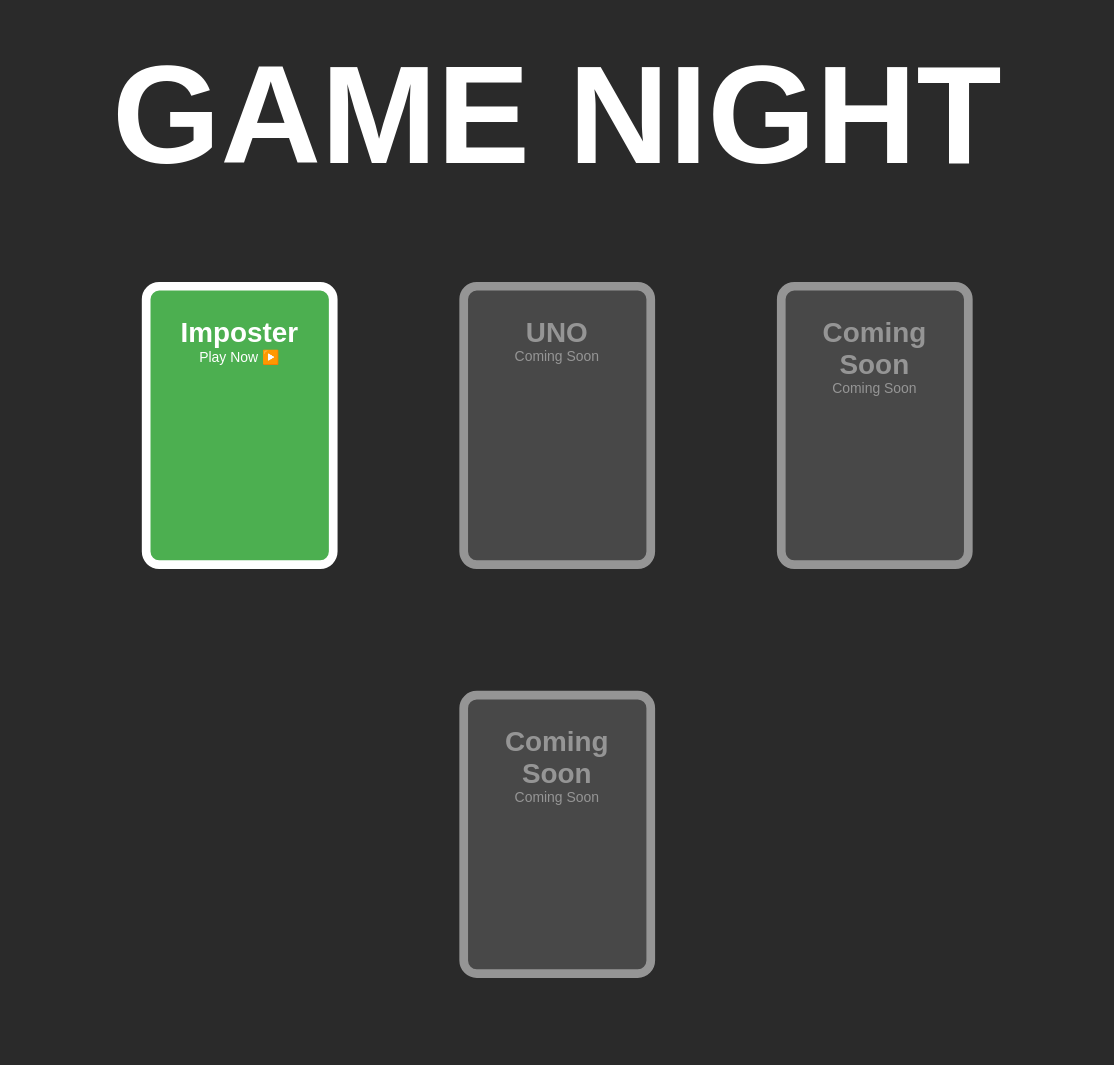
Repository: nfemmanuel/game-night-app
Page: /
These files come from the project's save history. The page is drawn as it stood at one moment and after the next save; the edit follows.
The browser window is 1280 px wide. The pictures show the whole page, at 87% of full size.
The project was rebuilt for these pictures with package versions that can differ from the ones it lists, and the page was loaded fresh each time.

Above is the page before, as saved 2025-12-31 16:34:32.

After the next save:
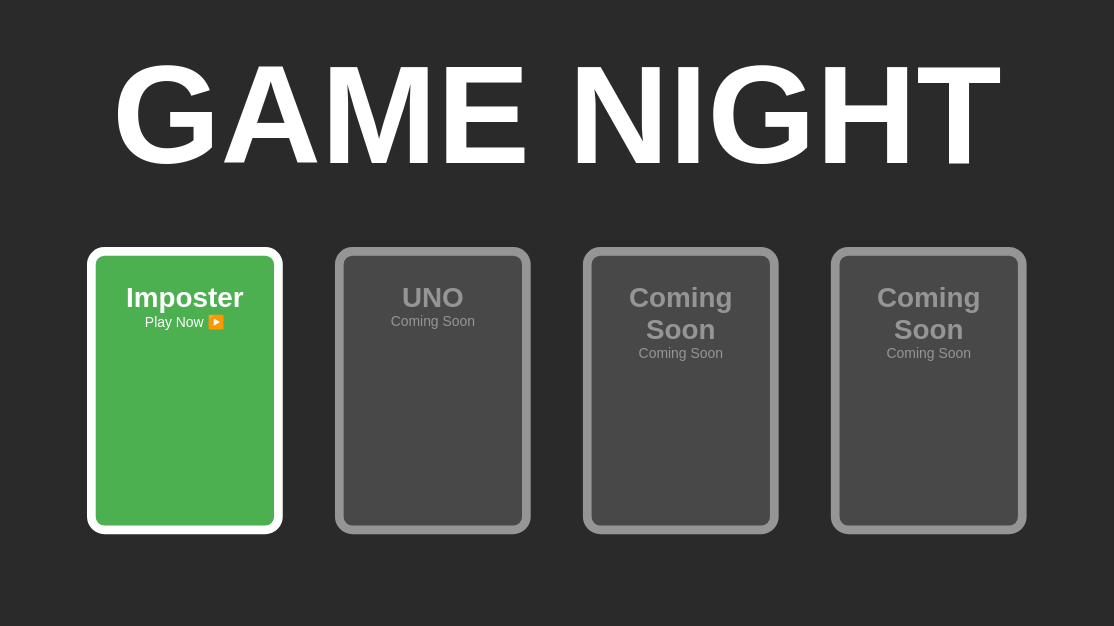
Saved 4 s later.
--- a/src/components/GameCard.module.css
+++ b/src/components/GameCard.module.css
@@ -2,7 +2,7 @@
     width: 225px;
     height: 330px;
     padding: 30px;
-    margin: 60px;
+    margin: 20px;
     border-radius: 20px;
     border: 10px solid white;
     text-align: center;
